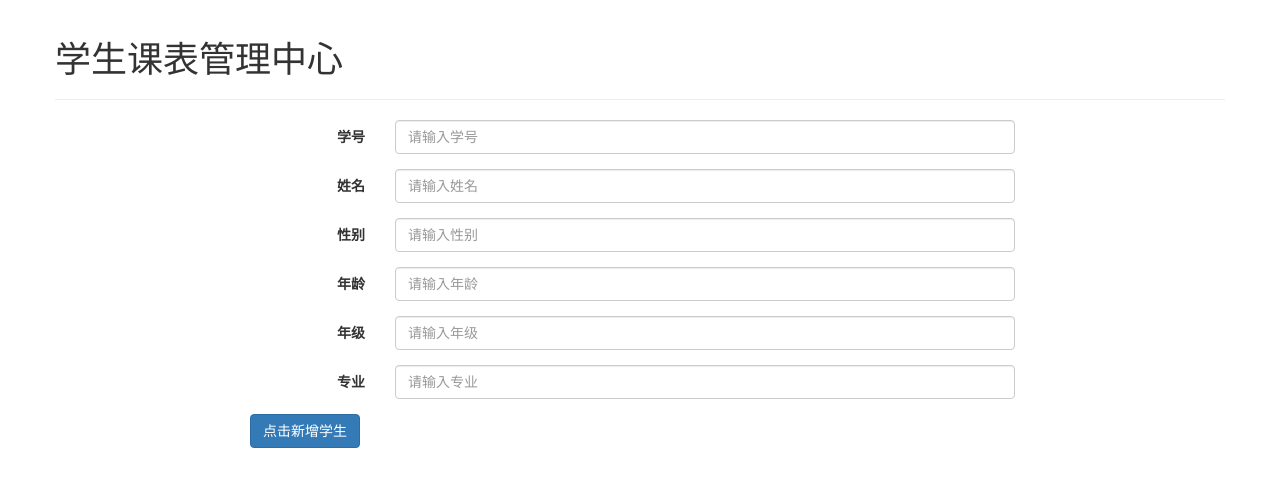
Repository: JetChen07/mybatis
Page: http://localhost/course/addstudent.jsp
An editor plug-in stored every save of this project. The page is shown before and after the next save, followed by the edit.
The browser window is 1280 px wide. The pictures show the whole page.
The page is served by Tomcat 9. Nobody is signed in. The application's start-up code is not run. Other server files are loaded and not shown.

Above is the page before, as saved 2018-05-22 01:30:18.

### course/src/main/webapp/addstudent.jsp
<%@ page contentType="text/html;charset=UTF-8" language="java" import="com.jack.entity.Student,java.util.*" isELIgnored="false"%>
<%@ taglib prefix="c" uri="http://java.sun.com/jsp/jstl/core"%>
<%@ taglib prefix="fmt" uri="http://java.sun.com/jsp/jstl/fmt" %>
<!DOCTYPE html PUBLIC "-//W3C//DTD HTML 4.01 Transitional//EN" "http://www.w3.org/TR/html4/loose.dtd">
<html>
<head>
    <title>学生课表管理中心</title>
    <link rel="stylesheet" href="lib/bootstrap-3.3.7-dist/css/bootstrap.min.css">
    <script src="lib/2.2.4/jquery-1.12.4.min.js"></script>
    <script src="lib/bootstrap-3.3.7-dist/js/bootstrap.min.js"></script>
</head>
<body>
<div class="container">
    <div class="row">
        <div class="page-header">
            <h1>学生课表管理中心</h1>
        </div>
    </div>
    <div class="row">
        <div class="col-md-8 col-md-offset-2">
            <form class="form-horizontal" action="${pageContext.request.contextPath}/addstudent">
                <div class="form-group">
                    <label for="username" class="col-sm-2 control-label">学号</label>
                    <div class="col-sm-10">
                        <input type="text" class="form-control" id="reg_no" name="reg_no" placeholder="请输入学号">
                    </div>
                </div>
                <div class="form-group">
                    <label for="userpass" class="col-sm-2 control-label">姓名</label>
                    <div class="col-sm-10">
                        <input type="text" class="form-control" id="userpass" name="userpass" placeholder="请输入姓名">
                    </div>
                </div>
                <div class="form-group">
                    <label for="nickname" class="col-sm-2 control-label">性别</label>
                    <div class="col-sm-10">
                        <input type="text" class="form-control" id="nickname" name="nickname" placeholder="请输入性别">
                    </div>
                </div>
                <div class="form-group">
                    <label for="age" class="col-sm-2 control-label">年龄</label>
                    <div class="col-sm-10">
                        <input type="text" class="form-control" id="age" name="age"  placeholder="请输入年龄">
                    </div>
                </div>
                <div class="form-group">
                    <label for="gender" class="col-sm-2 control-label">年级</label>
                    <div class="col-sm-10">
                        <input type="text" class="form-control" id="gender" name="gender"  placeholder="请输入年级">
                    </div>
                </div>
                <div class="form-group">
                    <label for="phone" class="col-sm-2 control-label">专业</label>
                    <div class="col-sm-10">
                        <input type="text" class="form-control" id="phone" name="phone"  placeholder="请输入专业">
                    </div>
                </div>
                <div class="form-group">
                    <input type="submit" value="点击新增学生" class="btn btn-primary">
                </div>
            </form>
        </div>
    </div>
</div>

</body>
</html>

Loaded but not shown: course/src/main/webapp/lib/bootstrap-3.3.7-dist/css/bootstrap.min.css (library); course/src/main/webapp/lib/2.2.4/jquery-1.12.4.min.js (library); course/src/main/webapp/lib/bootstrap-3.3.7-dist/js/bootstrap.min.js (library)

After the next save:
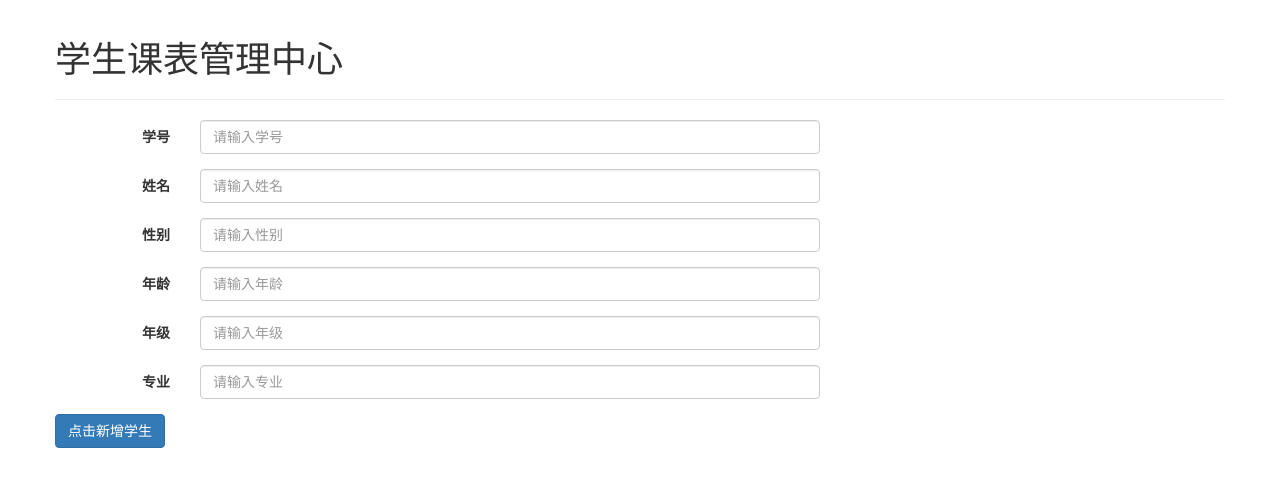
Saved 52 s later.
--- a/course/src/main/webapp/addstudent.jsp
+++ b/course/src/main/webapp/addstudent.jsp
@@ -17,7 +17,7 @@
         </div>
     </div>
     <div class="row">
-        <div class="col-md-8 col-md-offset-2">
+        <div class="col-md-8 ">
             <form class="form-horizontal" action="${pageContext.request.contextPath}/addstudent">
                 <div class="form-group">
                     <label for="username" class="col-sm-2 control-label">学号</label>
